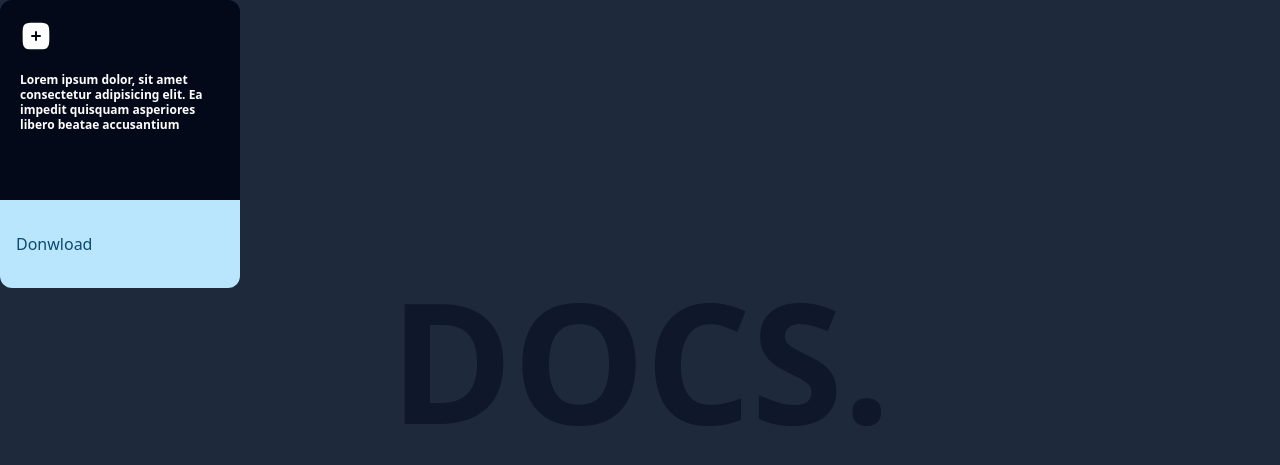
Repository: aliakbarmotallebi/framer-react
Page: /
These files come from the project's save history. The page is drawn as it stood at one moment and after the next save; the edit follows.
The browser window is 1280 px wide. The pictures show the whole page.
The project was rebuilt for these pictures with package versions that can differ from the ones it lists, and the page was loaded fresh each time.

Above is the page before, as saved 2024-08-14 18:40:10.

### src/App.js
import React from "react";
import Background from "./components/Background";
import Card from "./components/Card";

function App() {
  return (
    <div className="relative h-screen w-full bg-slate-800">
      <Background />
      <Card />
    </div>
  );
}

export default App;

### src/components/Background.jsx
import React from "react";

function Background() {
    return <h1 className="absolute left-1/2 top-1/2 -translate-x-[50%] -translate-y-[50%] text-[13vw] font-semibold text-slate-900">
    DOCS.
  </h1>
}

export default Background;

### src/components/Card.jsx
import React, { Component } from 'react';

class Card extends Component {
    render() {
        return (
            <div className="w-60 h-72 rounded-xl bg-slate-950/90 p-5 text-white relative overflow-hidden">
                <svg xmlns="http://www.w3.org/2000/svg" className="w-8 h-8" viewBox="0 0 24 24"><path fill="currentColor" fill-rule="evenodd" d="M12 22c-4.714 0-7.071 0-8.536-1.465C2 19.072 2 16.714 2 12s0-7.071 1.464-8.536C4.93 2 7.286 2 12 2s7.071 0 8.535 1.464C22 4.93 22 7.286 22 12s0 7.071-1.465 8.535C19.072 22 16.714 22 12 22m0-13.75a.75.75 0 0 1 .75.75v2.25H15a.75.75 0 0 1 0 1.5h-2.25V15a.75.75 0 0 1-1.5 0v-2.25H9a.75.75 0 0 1 0-1.5h2.25V9a.75.75 0 0 1 .75-.75" clip-rule="evenodd"/></svg>
                <p className="text-xs leading-tight mt-5 font-semibold">
                    Lorem ipsum dolor, sit amet consectetur adipisicing elit. Ea impedit quisquam asperiores libero beatae accusantium
                </p>
                <div className="footer absolute bottom-0 bg-sky-200 w-full py-4 left-0">
                    <button className="text-sky-900 p-4">
                        Donwload
                    </button>
                </div>
            </div>
        );
    }
}

export default Card;

Loaded but not shown: public/index.html (common file); src/index.js (common file); src/index.css (common file); tailwind.config.js (common file)

After the next save:
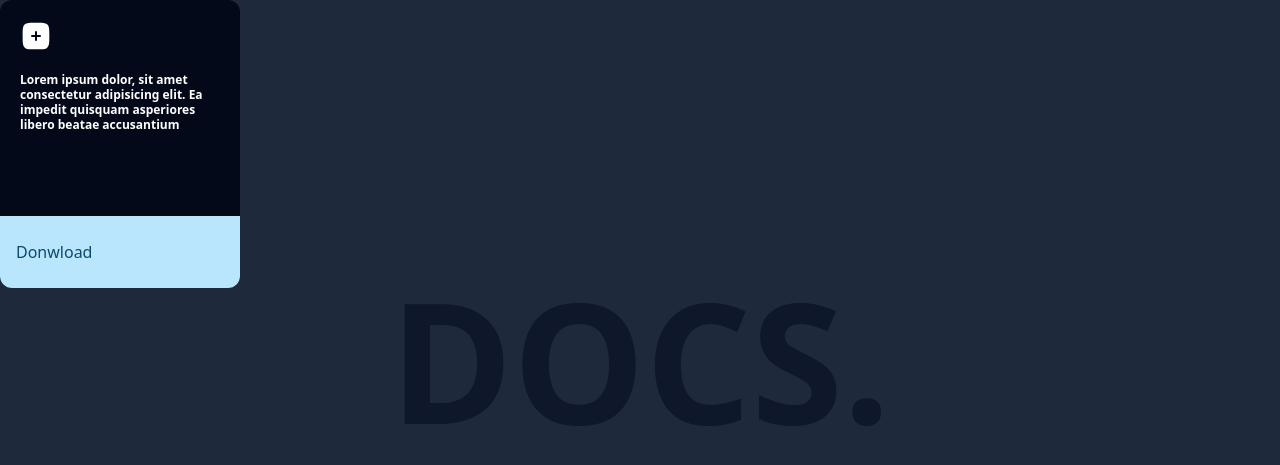
Saved 10 s later.
--- a/src/components/Card.jsx
+++ b/src/components/Card.jsx
@@ -8,7 +8,7 @@ class Card extends Component {
                 <p className="text-xs leading-tight mt-5 font-semibold">
                     Lorem ipsum dolor, sit amet consectetur adipisicing elit. Ea impedit quisquam asperiores libero beatae accusantium
                 </p>
-                <div className="footer absolute bottom-0 bg-sky-200 w-full py-4 left-0">
+                <div className="footer absolute bottom-0 bg-sky-200 w-full py-2 left-0">
                     <button className="text-sky-900 p-4">
                         Donwload
                     </button>
